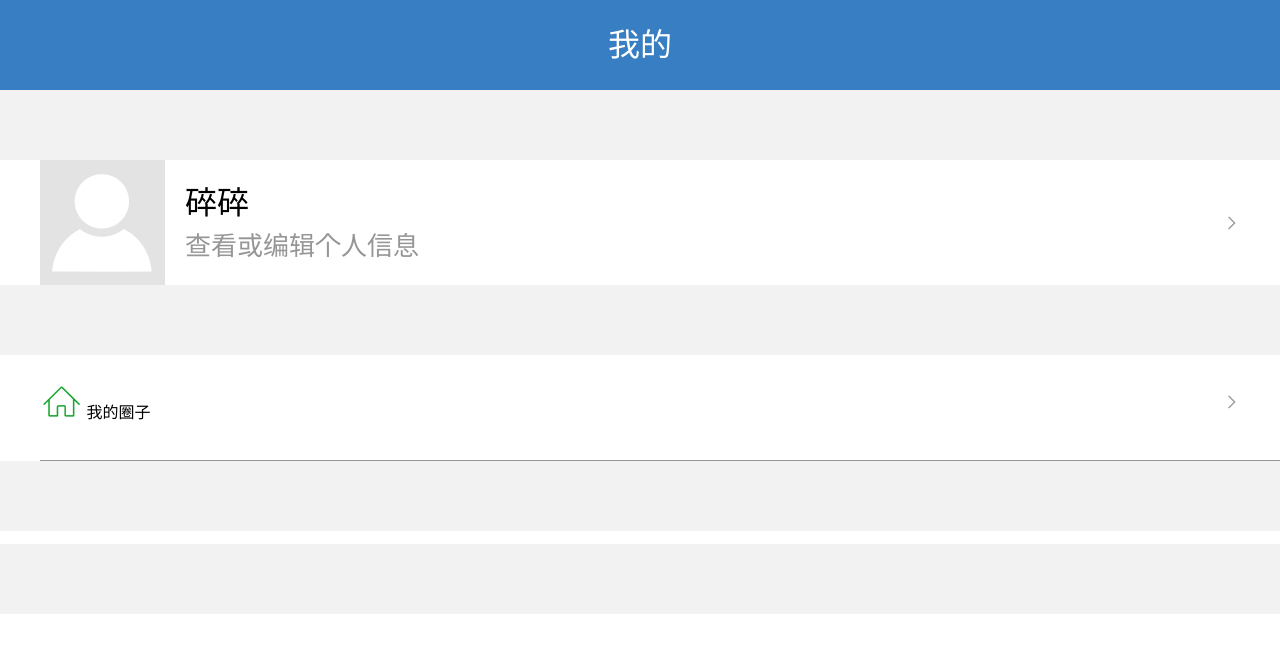
Repository: A1LExX/H5_study_set
Page: myProfile/index.html
An editor plug-in stored every save of this project. The page is shown before and after the next save, followed by the edit.
The browser window is 1280 px wide. The pictures show the whole page.

Above is the page before, as saved 2021-07-12 20:40:11.

After the next save:
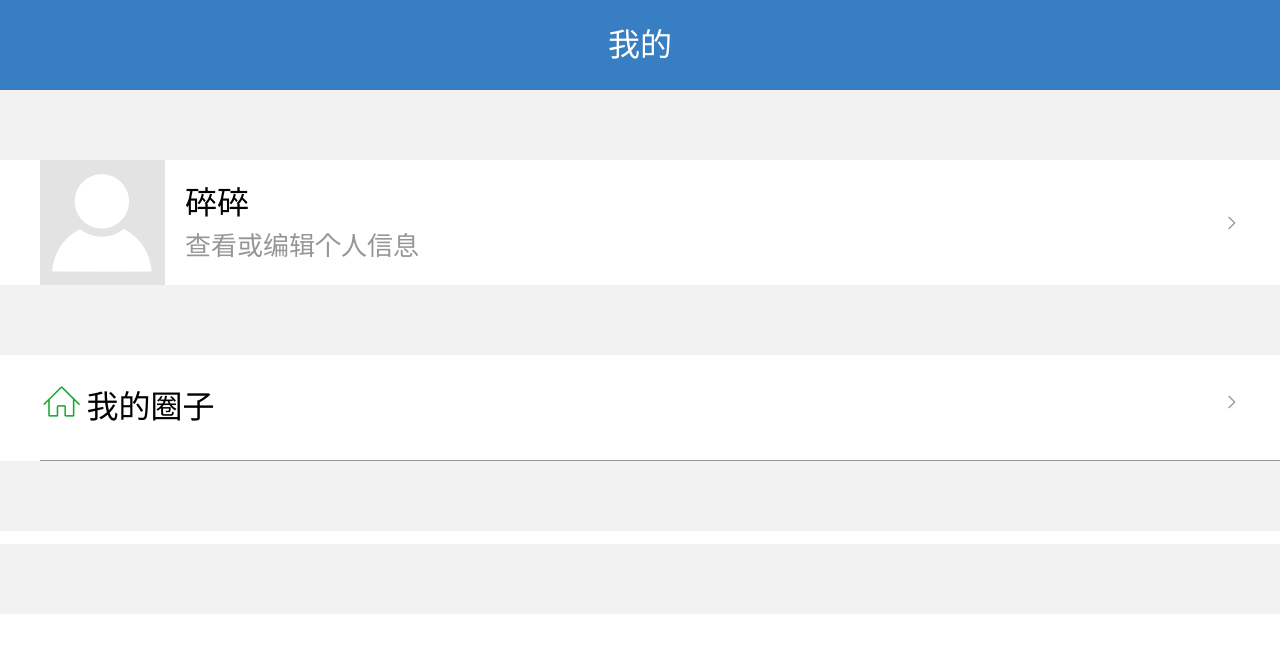
Saved 27 s later.
--- a/myProfile/css/index.css
+++ b/myProfile/css/index.css
@@ -2,7 +2,7 @@
  * @author [Alex Wei]
  * @email [w2262196@outlook.com]
  * @create date 2021-07-12 19:23:21
- * @modify date 2021-07-12 20:40:11
+ * @modify date 2021-07-12 20:40:38
  * @desc [description]
  */
 html, body{
@@ -106,6 +106,10 @@ body{
     color: rgb(23, 165, 47);
 }
 
+.itemDown span:last-child{
+    font-size: .32rem;
+}
+
 .itemTwo{
     height: 1.9rem;
     background: white;
